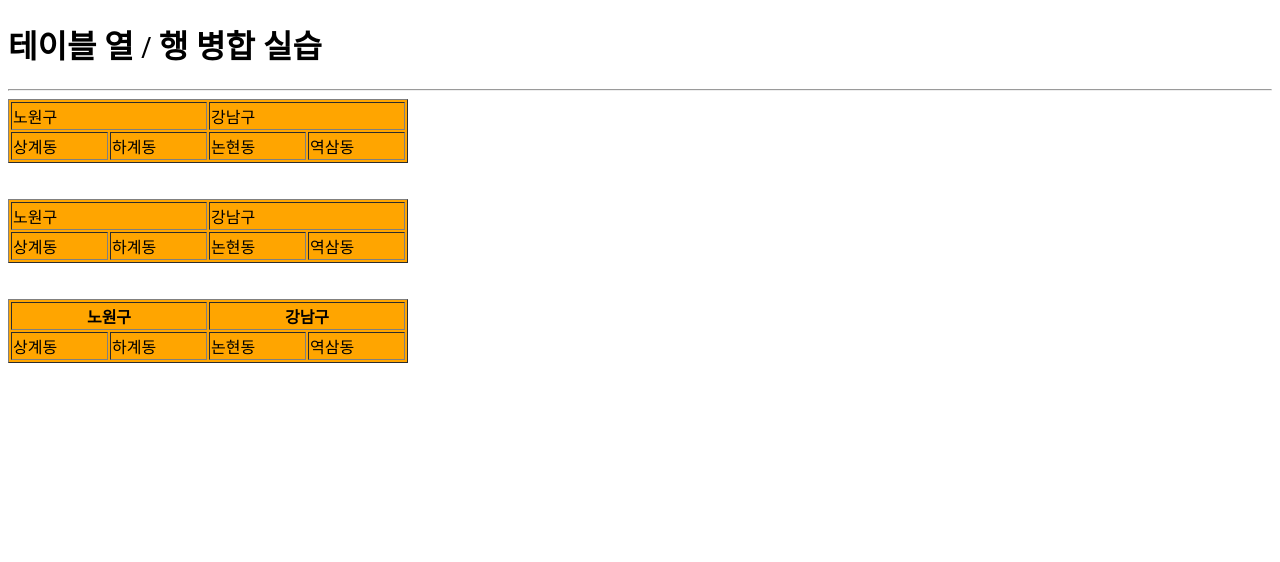
Repository: jp0301/WebStudy
Page: WebApp01/WebContent/Test012.html
These files come from the project's save history. The page is drawn as it stood at one moment and after the next save; the edit follows.
The browser window is 1280 px wide. The pictures show the whole page.

Above is the page before, as saved 2022-09-27 02:33:56.

### WebApp01/WebContent/Test012.html
<!DOCTYPE html>
<html>
<head>
<meta charset="UTF-8">
<title>Test012.html</title>
</head>
<body>

	<div>
		<h1>테이블 열 / 행 병합 실습</h1>
		<hr>
	</div>

	<div>
		<table border="1" bgcolor="orange" width="400">

			<tr>
				<td colspan="2">노원구</td>
				<td colspan="2">강남구</td>
			</tr>
			<tr>
				<td>상계동</td>
				<td>하계동</td>
				<td>논현동</td>
				<td>역삼동</td>
			</tr>
		</table>
		<br><br>


		<table border="1" bgcolor="orange" width="400">

			<tr>
				<td colspan="2">노원구</td>
				<td colspan="2">강남구</td>
			</tr>
			<tr>
				<td>상계동</td>
				<td>하계동</td>
				<td>논현동</td>
				<td>역삼동</td>
			</tr>
		</table>
		<br><br>

		<!--  th 셀의 활용 -->
		<table border="1" bgcolor="orange" width="400">

			<tr>
				<th colspan="2">노원구</th>
				<th colspan="2">강남구</th>
			</tr>
			<tr>
				<td>상계동</td>
				<td>하계동</td>
				<td>논현동</td>
				<td>역삼동</td>
			</tr>
		</table>
		<br><br>
	</div>

</body>
</html>

After the next save:
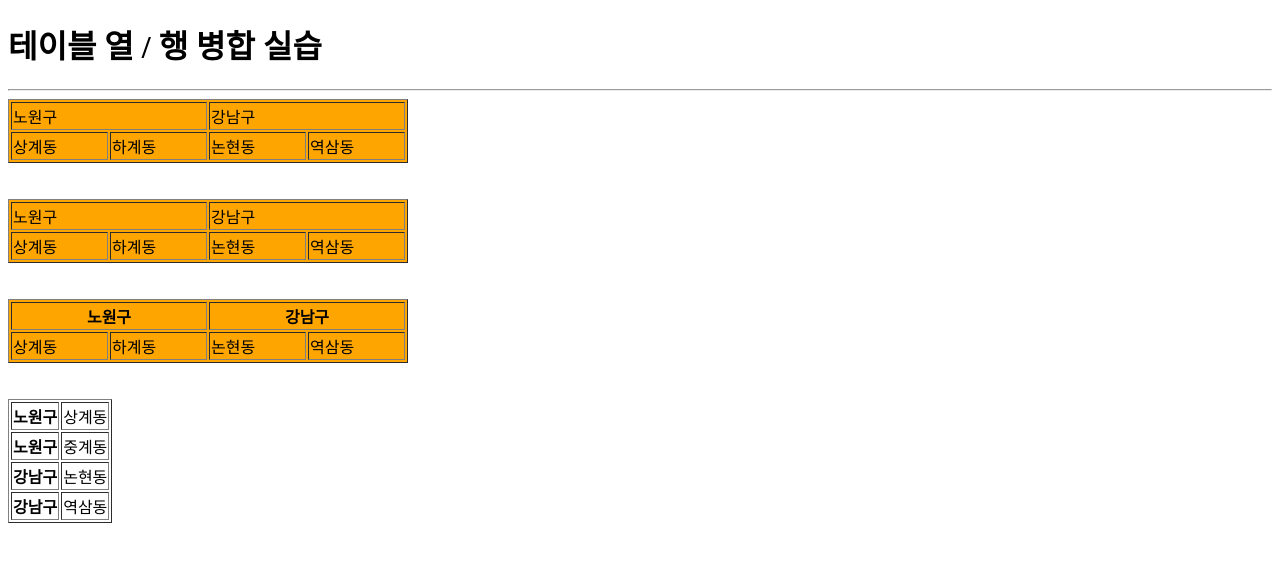
Saved 110 s later.
--- a/WebApp01/WebContent/Test012.html
+++ b/WebApp01/WebContent/Test012.html
@@ -58,6 +58,46 @@
 			</tr>
 		</table>
 		<br><br>
+
+		<table border="1">
+			<tr>
+				<th>노원구</th>
+				<td>상계동</td>
+			</tr>
+
+			<tr>
+				<th>노원구</th>
+				<td>중계동</td>
+			</tr>
+
+			<tr>
+				<th>강남구</th>
+				<td>논현동</td>
+			</tr>
+
+			<tr>
+				<th>강남구</th>
+				<td>역삼동</td>
+			</tr>
+
+		</table>
+
+
+
+
+
+
+
+
+
+
+
+
+
+
+
+
+
 	</div>
 
 </body>
